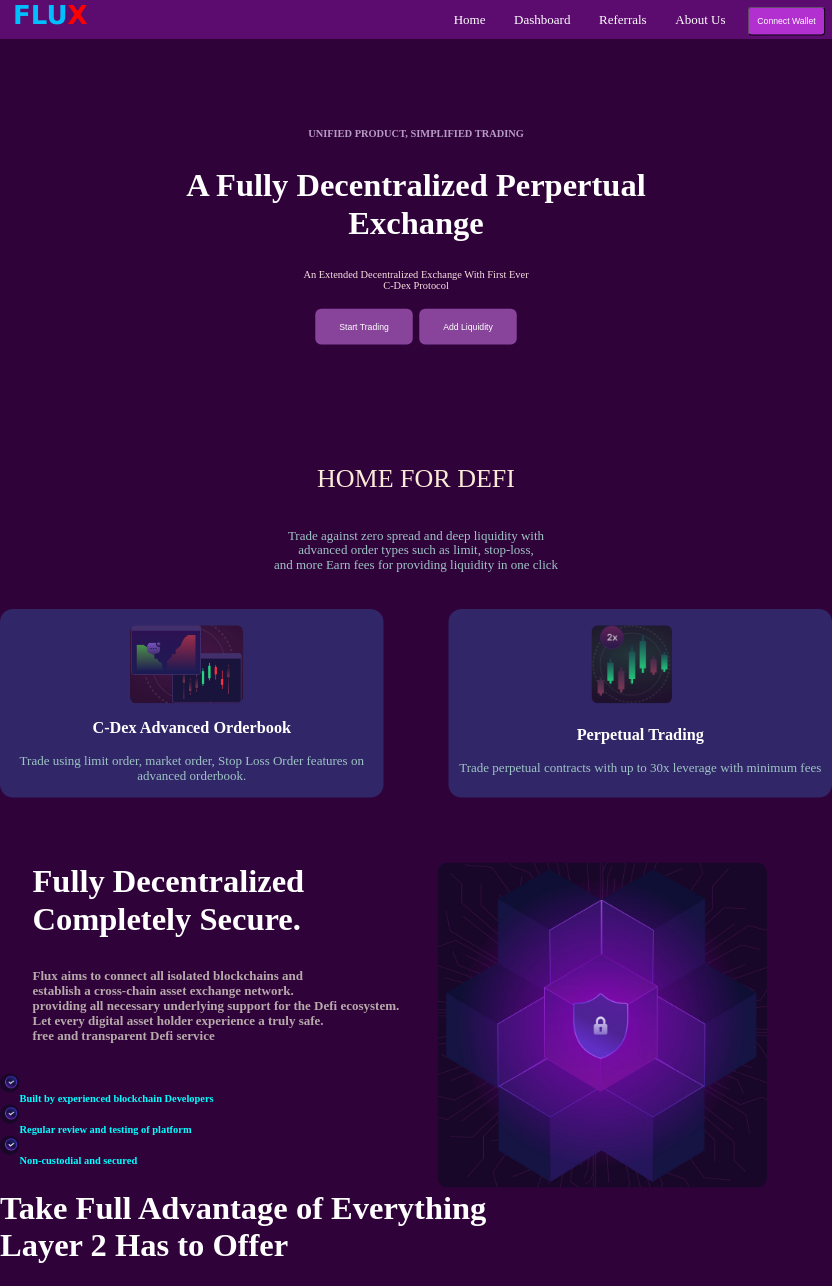
Repository: Tobby004/Flux-figma
Page: index.html
An editor plug-in stored every save of this project. The page is shown before and after the next save, followed by the edit.
The browser window is 1280 px wide. The pictures show the whole page, at 65% of full size.

Above is the page before, as saved 2023-04-22 08:14:37.

### index.html
<!DOCTYPE html>
<html lang="en">
<head>
    <meta charset="UTF-8">
    <meta http-equiv="X-UA-Compatible" content="IE=edge">
    <meta name="viewport" content="width=device-width, initial-scale=1.0">
    <title>Flux Template</title>
    <link rel="stylesheet" href="style.css">
</head>
<body>
    <header>
        <b>FLU<a>X</a></b>
    </header>
   <nav>
    <ul>
        <li><a href="#">Home</a></li>
        <li><a href="#">Dashboard</a></li>
        <li><a href="#">Referrals</a></li>
        <li><a href="#">About Us</a></li>
        <button>Connect Wallet</button>
    </ul>
   </nav>
    <br><br>
    <h4>UNIFIED PRODUCT, SIMPLIFIED TRADING</h4>
    <h2> A Fully Decentralized Perpertual <br>Exchange </h2>
    <p>An Extended Decentralized Exchange With First Ever <br>C-Dex Protocol</p>
    <div class="button">
        <input type="button" value="Start Trading">
        <input type="button" value="Add Liquidity">
    </div>
<br>
<br><br><br>
<div class="section1">
    <h4>HOME FOR DEFI</h4>
    <p>Trade against zero spread and deep liquidity with<br> advanced order types such as limit, stop-loss,<br> and more Earn fees for providing liquidity in one click</p>
</div>
<br><br>
<div class="box">
    <div class="box1">
       <img src="img1.jpg">
  <h3>C-Dex Advanced Orderbook</h3>
  <p>Trade using limit order, market order, Stop Loss Order features on <br>advanced orderbook.</p>
    </div>
    <div class="box2">
        <img src="img2.jpg">
        <h3>Perpetual Trading</h3>
        <p>Trade perpetual contracts with up to 30x leverage with minimum fees</p>
    </div>
</div>
<main>
    <img src="IMG3.jpg">
    <h1>Fully Decentralized <br>Completely Secure.</h1>
    <h6>Flux aims to connect all isolated blockchains and <br>establish a cross-chain asset exchange network.<br>providing all necessary underlying support for the Defi ecosystem.<br> Let every digital asset holder experience a truly safe.<br>free and transparent Defi service</h6>
</main>
    <div class="valid">
       <img src="img4.jpg"><b>Built by experienced blockchain Developers</b>
       <img src="img4.jpg"><b>Regular review and testing of platform</b>
       <img src="img4.jpg"><b>Non-custodial and secured</b>
    </div>
    <h1>Take Full Advantage of Everything <br>Layer 2 Has to Offer</h1>
</body>
</html>

### style.css
*{
    box-sizing: border-box;
}
body {
    margin: 0;
    background-color: #30023a;
}
nav {
    background-color: #5c0c6e;
    height: 60px;
}
nav ul {
    margin: auto;
    text-align: end;
    padding: 10px;
}
nav li {
display: inline-block;
}
header b {
    font-family: Verdana, Geneva, Tahoma, sans-serif;
    color: deepskyblue;
    position: absolute;
    margin-left: 20px;
    font-size: 40px;
}
header b a{
    color: red;
}
nav a {
    text-decoration: none;
    padding: 10px;
    color: white;
    font-size: 20px;
    margin-right: 20px;
}
li a:hover{
    color: yellow;
    transition: all 4s;
    padding: 5px;
}
button{
    padding: 13px;
    background: #b22fd0;
    border-radius: 7px;
    color: white;
}
h4 {
    margin-top: 100px;
    text-align: center;
    color: rgb(185, 156, 197);
}
h2 {
    text-align: center;
    font-size: 50px;
    color: white;
}
p {
    text-align: center;
    color: rgb(248, 225, 225);
}
.button {
    display: flex;
    padding: 10px;
    gap: 10px;
    justify-content: center;
}
input[type="button"]{
    padding: 20px;
    width: 150px;
    border-radius: 9px;
    border: none;
    color: white;
    background-color: rgb(136, 67, 155);
}
 div h4 {
    color: antiquewhite;
    font-size: 40px;
    font-weight: lighter;

}
 div p {
    color: rgb(158, 197, 197);
    font-size: 20px;
    font-weight: lighter;
}
.box {
    height: max-content;
    width: max-content;
    display: flex;
    gap: 100px;
    margin-right: auto;
    margin-left: auto;
}
.box1{
    height: 290px;
    width: 590px;
    background-color: rgb(49, 38, 104);
    border-radius: 20px;
}
.box1 h3 {
    text-align: center;
    color: white;
    font-size: 25px;
    margin-top: 20px;
}
.box1 p {
    text-align: center;
}
.box1 img{
    margin-top: 25px;
    height: 120px;
    border-radius: 10px;
   margin-left: 200px;
}
.box2 {
    height: 290px;
    width: 590px;
    background-color: rgb(49, 38, 104);
    border-radius: 20px;
}
.box2 h3{
    text-align: center;
    font-size: 25px;
    color: white;
    margin-top: 30px;
}
.box2 p {
    text-align: center;
}
.box2 img {
    margin-top: 25px;
    height: 120px;
    border-radius: 10px;
    margin-left: 220px;
}
main h1 {
    margin-left: 50px;
    color: white;
    font-size: 50px;
    margin-top: 100px;
}
main img{
    height: 500px;
    margin-right: 100px;
    border-radius: 15px;
    border: none;
    float: right;
}
main h6 {
    color: rgb(182, 170, 170);
    font-size: 20px;
    margin-left: 50px;
}
.main h1 {
    margin-top: 200px;
    color: white;
    font-size: 50px;
    margin-left: 50px;
}
.valid img {
    display: block;
    height: 30px;
    border-radius: 40px;
}
.valid b {
    color: aqua;
    position: relative;
    margin-left: 30px;
}
h1 {
    color: white;
    font-size: 50px;
}

After the next save:
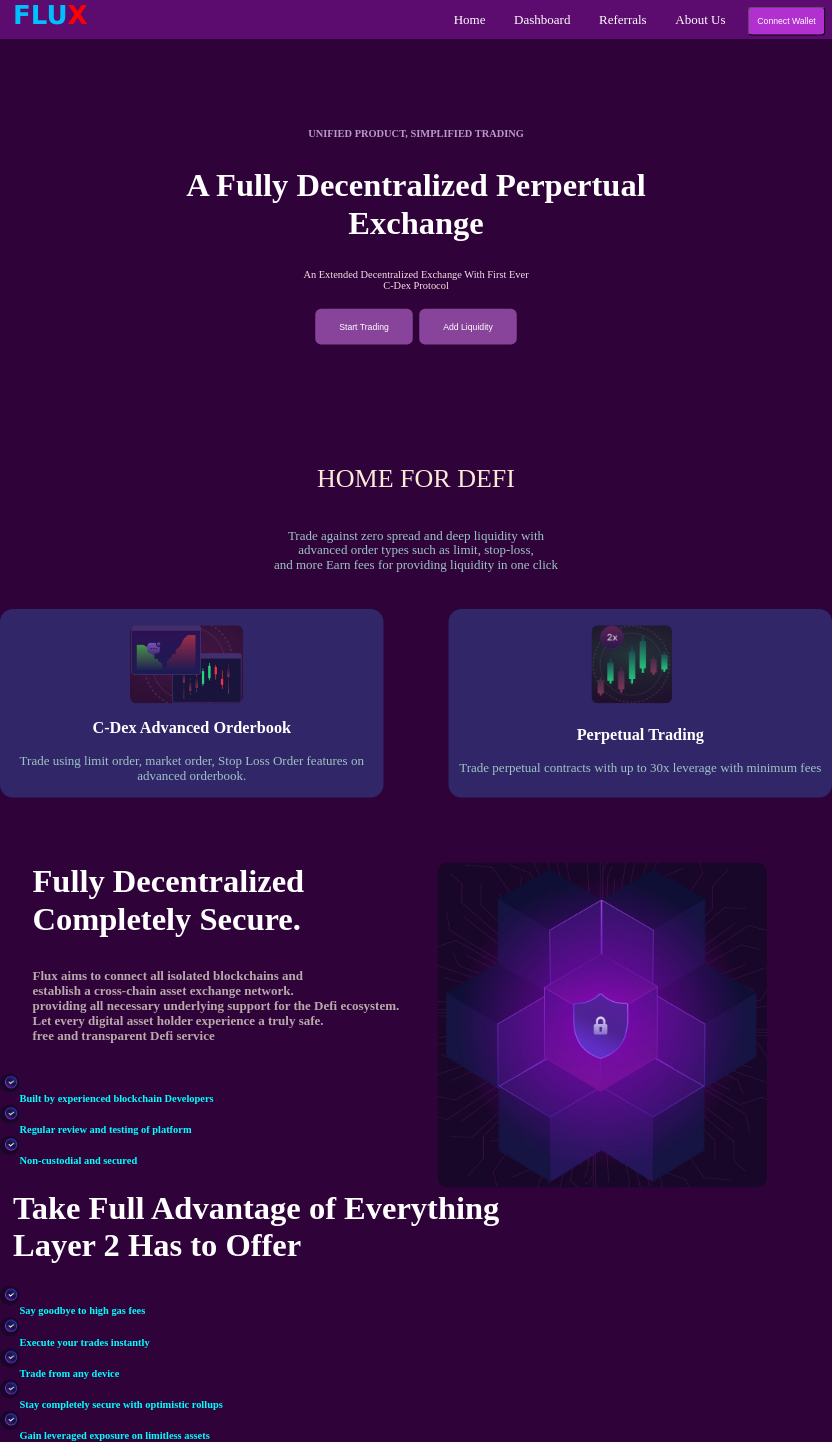
Saved 13 min 11 s later.
--- a/index.html
+++ b/index.html
@@ -58,5 +58,12 @@
        <img src="img4.jpg"><b>Non-custodial and secured</b>
     </div>
     <h1>Take Full Advantage of Everything <br>Layer 2 Has to Offer</h1>
+    <div class="valid">
+        <img src="img4.jpg"><b>Say goodbye to high gas fees</b>
+        <img src="img4.jpg"><b>Execute your trades instantly</b>
+        <img src="img4.jpg"><b>Trade from any device</b>
+        <img src="img4.jpg"><b>Stay completely secure with optimistic rollups</b>
+        <img src="img4.jpg"><b>Gain leveraged exposure on limitless assets</b>
+    </div>
 </body>
 </html>
--- a/style.css
+++ b/style.css
@@ -171,4 +171,5 @@ main h6 {
 h1 {
     color: white;
     font-size: 50px;
+    margin-left: 20px;
 }
